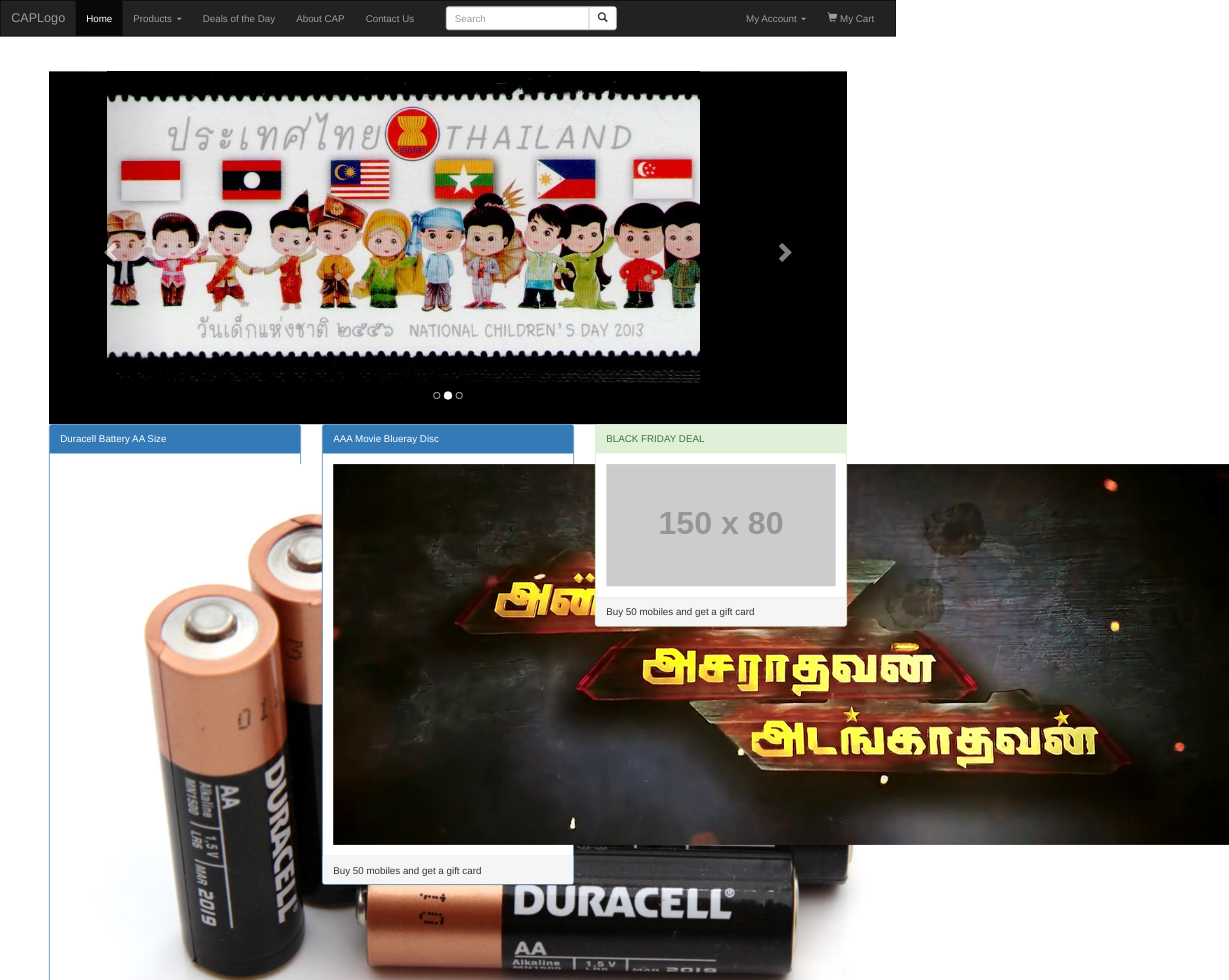
Repository: Guru-Raghavendran/CoinsAndPapers_webapp
Page: http://localhost/FrontEnd/WEB-INF/views/Home.jsp
These files come from the project's save history. The page is drawn as it stood at one moment and after the next save; the edit follows.
The browser window is 1280 px wide. The page is 1756 px wide, so the pictures cover 1756 px, including what lies to the right of the window. The pictures show the part of the page from y = 0 to 1400 px (the page is 2304 px tall), at 70% of full size.
The page is served by Tomcat 9. Nobody is signed in. The template is opened directly, without the code that normally fills it, so the values that code supplies are empty.

Above is the page before, as saved 2018-04-16 07:20:18.

After the next save:
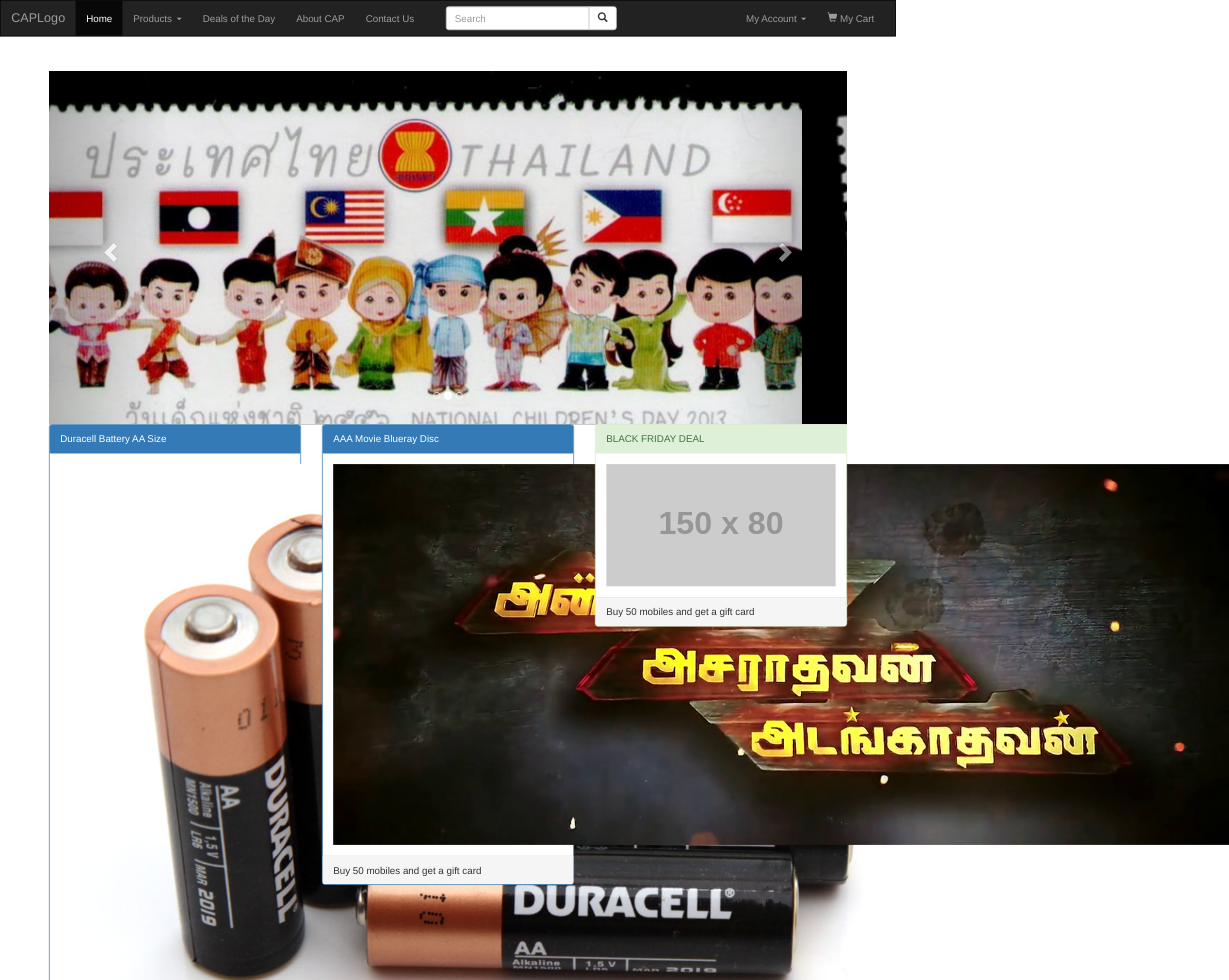
Saved 48 s later.
--- a/FrontEnd/src/main/webapp/WEB-INF/views/Home.jsp
+++ b/FrontEnd/src/main/webapp/WEB-INF/views/Home.jsp
@@ -65,15 +65,15 @@
   <!-- Wrapper for slides -->
   <div class="carousel-inner">
     <div class="item active">
-      <img class="center-block" style="position: center-center;" src="<c:url value="/resources/images/stamp_thailand_childrensday2013.jpeg" />" alt="Image" style="width:100%;">
+      <img class="center-block"  src="<c:url value="/resources/images/stamp_thailand_childrensday2013.jpeg" />" alt="Image" style="width:100%;">
     </div>
 
     <div class="item">
-      <img class="center-block"style="position: center center;"src="<c:url value="/resources/images/stampcollecting5-carousel5.jpg"/>" alt ="Image"style="width:100%;">
+      <img class="center-block" src="<c:url value="/resources/images/stampcollecting5-carousel5.jpg"/>" alt ="Image"style="width:100%;">
     </div>
 
     <div class="item">
-      <img class="center-block"style="position: center center;"src="<c:url value="/resources/images/one mohur india.jpg"/>" alt ="Image"style="width:100%;">
+      <img class="center-block"src="<c:url value="/resources/images/one mohur india.jpg"/>" alt ="Image"style="width:100%;">
     </div>
   </div>
 

After the save that followed:
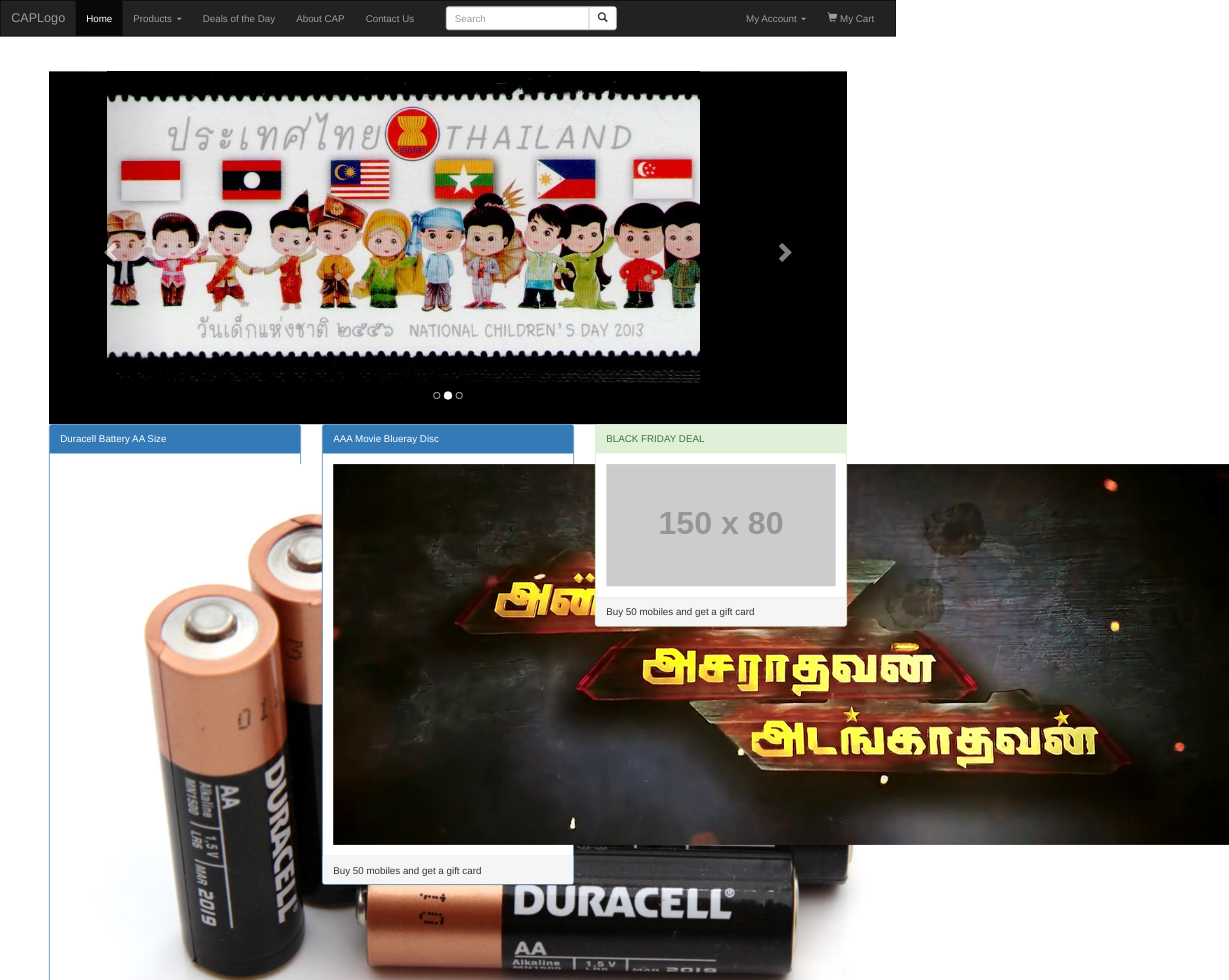
Saved 22 s later.
--- a/FrontEnd/src/main/webapp/WEB-INF/views/Home.jsp
+++ b/FrontEnd/src/main/webapp/WEB-INF/views/Home.jsp
@@ -65,15 +65,15 @@
   <!-- Wrapper for slides -->
   <div class="carousel-inner">
     <div class="item active">
-      <img class="center-block"  src="<c:url value="/resources/images/stamp_thailand_childrensday2013.jpeg" />" alt="Image" style="width:100%;">
+      <img class="center-block" style="position: center-center;" src="<c:url value="/resources/images/stamp_thailand_childrensday2013.jpeg" />" alt="Image" style="width:100%;">
     </div>
 
     <div class="item">
-      <img class="center-block" src="<c:url value="/resources/images/stampcollecting5-carousel5.jpg"/>" alt ="Image"style="width:100%;">
+      <img class="center-block"style="position: center center;"src="<c:url value="/resources/images/stampcollecting5-carousel5.jpg"/>" alt ="Image"style="width:100%;">
     </div>
 
     <div class="item">
-      <img class="center-block"src="<c:url value="/resources/images/one mohur india.jpg"/>" alt ="Image"style="width:100%;">
+      <img class="center-block"style="position: center center;"src="<c:url value="/resources/images/one mohur india.jpg"/>" alt ="Image"style="width:100%;">
     </div>
   </div>
 
